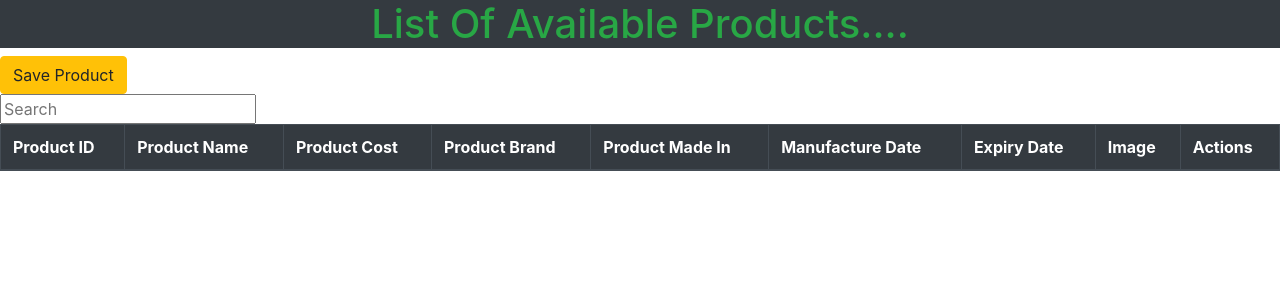
Repository: ananthaanusha/advjavaprograms
Page: http://localhost/ProductManagementApp/productList.jsp
These files come from the project's save history. The page is drawn as it stood at one moment and after the next save; the edit follows.
The browser window is 1280 px wide. The pictures show the whole page.
The page is served by Tomcat 9. Other server files are loaded and not shown. Queries for data that is not in the repository find no rows.

Above is the page before, as saved 2024-03-11 09:33:54.

### ProductManagementApp/src/main/webapp/productList.jsp
<%@ page language="java" contentType="text/html; charset=ISO-8859-1" pageEncoding="ISO-8859-1"%>
<%@ page import="com.sathya.ProductDao"  import="java.util.Base64"%>
<%@taglib uri="http://java.sun.com/jsp/jstl/core" prefix="a" %>

<html>
		<head>
		<title>Product List</title>
		<!-- Latest compiled and minified CSS -->
		<link rel="stylesheet" href="https://stackpath.bootstrapcdn.com/bootstrap/4.5.2/css/bootstrap.min.css">
		<script type="text/javascript" src="formvalidation.js"></script>
		</head>
		<body>
		<div>
		  <h1 class ="text-center text-success bg-dark">List Of Available Products....</h1>
		</div>
		<div>
		  <a class="btn btn-warning" href="addProduct.html">Save Product</a>
		</div>
		<div>
		   <input type="text" placeholder="Search">
		</div>
		<div>
		   <a:if test="${saveResult==1}">
		   <h1 class="text-center text-primary">Data Inserted Successfully.....</h1>

		   </a:if>
		</div>
		<div>
		   <a:if test="${delete==1}">
		   <h1 class="text-center text-danger">Data Deleted Successfully.....</h1>
		   </a:if>
		</div>
		<div>
		   <a:if test="${delete==0}">
		   <h1 class="text-center text-danger">Data Deletion Fail.....</h1>
		   </a:if>
		</div>
		<table class="table table-bordered table-striped">
		  <thead class="thead-dark">
		    <tr>
		    	<th>Product ID</th>
		    	<th>Product Name</th>
		    	<th>Product Cost</th>
		    	<th>Product Brand</th>
		    	<th>Product Made In</th>
		    	<th>Manufacture Date</th>
		    	<th>Expiry Date</th>
		    	<th>Image</th>
		    	<th>Actions</th>

		    </tr>
		   </thead>
	      <tbody>
		    <a:forEach var="product" items="<%=new ProductDao().findAll() %>">
		    	<tr>
		    		<td>${product.proId}</td>
		    		<td>${product.proName}</td>
		    		<td>${product.proPrice}</td>
		    		<td>${product.proBrand}</td>
		    		<td>${product.proMadeIn}</td>
		    		<td>${product.proMDate}</td>
		    		<td>${product.proEDate}</td>


					<td><img src="data:[embedded picture, 78 characters]"
		    		alt="Product Image" style="max-width:100px; max-height:100px;">
		    		</td>


		    		<td class="btn">
		    			<a href="./EditProductServlet?proId=${product.proId}">Edit</a>
		    		</td>
		    		<td class="btn">
		    			<a href="./DeleteProductServlet?proId=${product.proId}">Delete</a>
		    		</td>
		    </tr>
		    </a:forEach>
		    </tbody>
		  </table>
		</body>
</html>

### ProductManagementApp/src/main/java/com/sathya/ProductDao.java
package com.sathya;

import java.sql.Connection;
import java.sql.PreparedStatement;
import java.sql.ResultSet;
import java.sql.SQLException;
import java.sql.Statement;
import java.util.*;
public class ProductDao {
	public int save(Product product){
		int result=0;
		try(Connection connection=DbConnecton.createConnection();
				PreparedStatement preparedStatement=connection.prepareStatement("insert into Product_data values(?,?,?,?,?,?,?,?)"))


		{
			preparedStatement.setString(1, product.getProId());
			preparedStatement.setString(2, product.getProName());
			preparedStatement.setDouble(3, product.getProPrice());
			preparedStatement.setString(4, product.getProBrand());
			preparedStatement.setString(5, product.getProMadeIn());
			preparedStatement.setDate(6, product.getProMDate());
			preparedStatement.setDate(7, product.getProEDate());
			preparedStatement.setBytes(8, product.getProImage());



			result=preparedStatement.executeUpdate();
		}
		catch(Exception e) {
			e.printStackTrace();
		}
		return result;
	}




	public List<Product> findAll() throws ClassNotFoundException, SQLException{
		List<Product> pro=new ArrayList<>();
		try(Connection connection=DbConnecton.createConnection();
				Statement statement=connection.createStatement())
		{
			ResultSet resultSet=statement.executeQuery("select * from Product_data");
			while(resultSet.next()) {
				Product product=new Product();
				product.setProId(resultSet.getString("proId"));
				product.setProName(resultSet.getString("proName"));
				product.setProPrice(resultSet.getDouble("proPrice"));
				product.setProBrand(resultSet.getString("proBrand"));
				product.setProMadeIn(resultSet.getString("proMadeIn"));
				product.setProMDate(resultSet.getDate("proMfgDate"));
				product.setProEDate(resultSet.getDate("proExpDate"));
				product.setProImage(resultSet.getBytes("proImage"));
				//product.setProAudio(resultSet.getBytes("proAudio"));
//				product.setProVideo(resultSet.getBytes("proVideo"));

				pro.add(product);

			}
			return pro;
		}
	}



	public int deleteById(String proId) throws ClassNotFoundException, SQLException {
		int result=0;
		Connection connection=DbConnecton.createConnection();
		PreparedStatement preparedStatement=connection.prepareStatement("delete from Product_data where proId=?");
		preparedStatement.setString(1, proId);
		result=preparedStatement.executeUpdate();

		return result;
	}

	public Product findById(String proId)
	{
		Product product=new Product();
		try(Connection connection=DbConnecton.createConnection();
			PreparedStatement preparedStatement=connection.prepareStatement("select * from Product_data where proId=?"))
		{
			preparedStatement.setString(1, proId);
			ResultSet resultSet=preparedStatement.executeQuery();

			if(resultSet.next()) {

				product.setProId(resultSet.getString(1));
				product.setProName(resultSet.getString(2));
				product.setProPrice(resultSet.getDouble(3));
				product.setProBrand(resultSet.getString(4));
				product.setProMadeIn(resultSet.getString(5));
				product.setProMDate(resultSet.getDate(6));
				product.setProEDate(resultSet.getDate(7));
				product.setProImage(resultSet.getBytes(8));
				//product.setProAudio(resultSet.getBytes(9));
//				product.setProVideo(resultSet.getBytes(10));
				}
		}catch(Exception e) {
			e.printStackTrace();
		}
		return product;

	}

	public int updateById(Product product)
	{
	int result=0;
	try(Connection connection=DbConnecton.createConnection();
			PreparedStatement preparedStatement=connection.prepareStatement("update Product_data set proName=?,"
					+ "proPrice=?,proBrand=?,proMadeIn=?,proMfgDate=?,proExpDate=?,proImage=? where proId=?"))
		{
		preparedStatement.setString(1, product.getProName());
		preparedStatement.setDouble(2, product.getProPrice());
		preparedStatement.setString(3, product.getProBrand());
		preparedStatement.setString(4, product.getProMadeIn());
		preparedStatement.setDate(5, product.getProMDate());
		preparedStatement.setDate(6, product.getProEDate());
		preparedStatement.setBytes(7, product.getProImage());
		preparedStatement.setString(8, product.getProId());

		result=preparedStatement.executeUpdate();
		}catch(Exception e) {
			e.printStackTrace();
		}
	return result;
	}

	public Product searchByName(String name) {
		Product product=new Product();
		try(Connection connection=DbConnecton.createConnection();
				PreparedStatement preparedStatement=connection.prepareStatement("select * from Product_data where proName=?"))
		{
			preparedStatement.setString(1, name);
			 ResultSet resultSet=preparedStatement.executeQuery();
			 if(resultSet.next()) {
				 	product.setProId(resultSet.getString(1));
					product.setProName(resultSet.getString(2));
					product.setProPrice(resultSet.getDouble(3));
					product.setProBrand(resultSet.getString(4));
					product.setProMadeIn(resultSet.getString(5));
					product.setProMDate(resultSet.getDate(6));
					product.setProEDate(resultSet.getDate(7));
					product.setProImage(resultSet.getBytes(8));

			 }

		}
		catch(Exception e) {
			e.printStackTrace();
		}
		return product;
	}

}

### ProductManagementApp/src/main/java/com/sathya/DbConnecton.java
package com.sathya;

import java.sql.Connection;
import java.sql.DriverManager;
import java.sql.SQLException;

public class DbConnecton {
	public static Connection createConnection() throws ClassNotFoundException, SQLException {
			Class.forName("oracle.jdbc.driver.OracleDriver");
			Connection connection=DriverManager.getConnection("jdbc:oracle:thin:@localhost:1521:xe","anusha","anusha");
			return connection;
	}
}

### ProductManagementApp/src/main/webapp/formvalidation.js
function validateForm(){
	var proId=Document.getElementById("proId").value;
	var proName=Document.getElementById("proName").value;
	var proPrice=Document.getElementById("proPrice").value;
	var proBrand=Document.getElementById("proBrand").value;
	var madeIn=Document.getElementById("madeIn").value;

	if(proId.trim() ==="" || proName.trim() ==="" || proPrice.trim() ==="" || proBrand.trim() ==="" || madeIn.trim() ==="")
	{
	alert("All Fields Must Be Filled Out");
	return false;
	}
	if(parseFloat(proPrice)<0){
		alert("price must not be negative ");
		return false;
	}
	if(proName.length >50 || proBrand.length>50){
		alert("Product Name and Brand length should not exceed 50 characters");
		return false;
	}
	var promfgdt=document.getElementById("mDate").value;
	var proexpdt=document.getElementById("eDate").value;
	var manufacturedDate = new Date(promfgdt);
	var expiryDate=new Date(proexpdt);
	if(manufacturedDate > expiryDate)
	{
		alert("manufactured date cannot be greater than expiry date");
		return false;
	}
	return true;
}

After the next save:
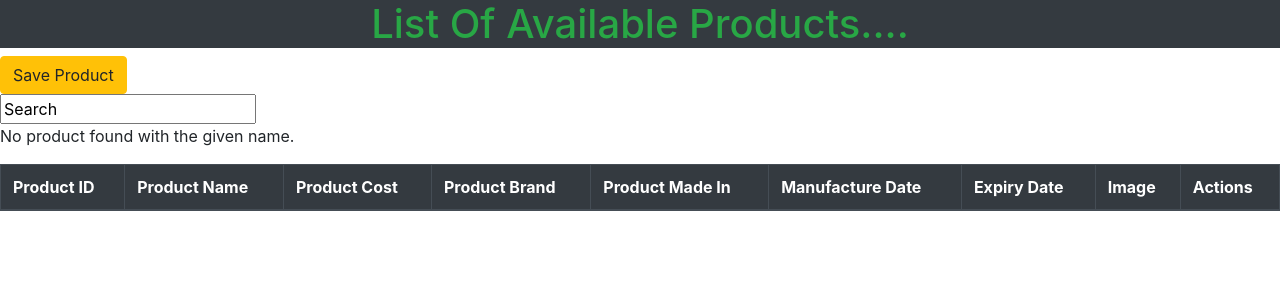
Saved 3 min 30 s later.
--- a/ProductManagementApp/src/main/webapp/productList.jsp
+++ b/ProductManagementApp/src/main/webapp/productList.jsp
@@ -1,5 +1,6 @@
+<%@page import="com.sathya.Product"%>
 <%@ page language="java" contentType="text/html; charset=ISO-8859-1" pageEncoding="ISO-8859-1"%>
-<%@ page import="com.sathya.ProductDao"  import="java.util.Base64"%>
+<%@ page import="com.sathya.ProductDao"  import="java.util.Base64"  import="com.sathya.Product"  %>
 <%@taglib uri="http://java.sun.com/jsp/jstl/core" prefix="a" %>
 
 <html>
@@ -17,7 +18,22 @@
 		  <a class="btn btn-warning" href="addProduct.html">Save Product</a>
 		</div>
 		<div>
-		   <input type="text" placeholder="Search">
+		<input type="text" value="Search">
+		   <% Product product = (Product) request.getAttribute("product");
+		       if (product != null) { %>
+		        <p>ID: <%= product.getProId() %></p>
+		        <p>Name: <%= product.getProName() %></p>
+		        <p>Description: <%= product.getProPrice() %></p>
+		        <p>Name: <%= product.getProBrand() %></p>
+		        <p>Name: <%= product.getProMadeIn() %></p>
+		        <p>Name: <%= product.getProMDate() %></p>
+		        <p>Name: <%= product.getProEDate() %></p>
+		        <p>Name: <%= product.getProImage() %></p>
+		        <!-- Display other fields as needed -->
+		    <% } else { %>
+		        <p>No product found with the given name.</p>
+		    <% } %>
+
 		</div>
 		<div>
 		   <a:if test="${saveResult==1}">
